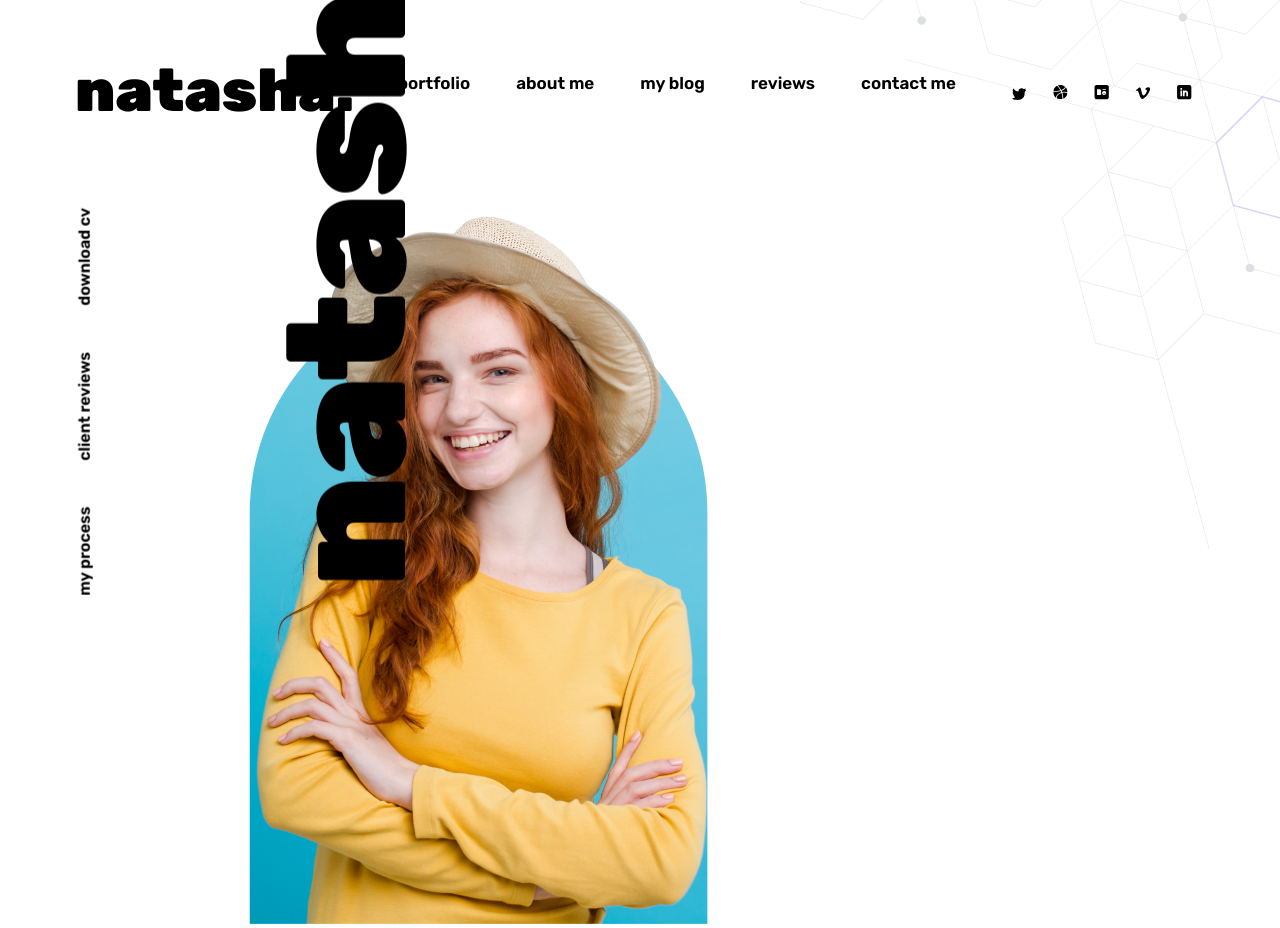
Repository: BuduCE/landing-page
Page: natasha-lp/index.html
The author's editor kept a copy of each file at every save. The page is drawn from the files as they stood at one save, then again after the next save.
The browser window is 1280 px wide. The pictures show the whole page.

Above is the page before, as saved 2022-03-04 22:05:11.

### natasha-lp/index.html
<!DOCTYPE html>
<html lang="en">

<head>
    <meta charset="UTF-8">
    <meta http-equiv="X-UA-Compatible" content="IE=edge">
    <meta name="viewport" content="width=device-width, initial-scale=1.0">
    <title>Natasha</title>

    <!--CSS-->
    <link rel="stylesheet" href="./assets/css/style.css">

    <!--Google Font-->
    <link rel="preconnect" href="https://fonts.googleapis.com">
    <link rel="preconnect" href="https://fonts.gstatic.com" crossorigin>
    <link href="https://fonts.googleapis.com/css2?family=Rubik:ital,wght@0,600;0,900;1,400&display=swap" rel="stylesheet">
</head>

<body>
    <!--Navbar menu-->
    <header>
        <div class="logo">
            <h1>natasha.</h1>
        </div>

        <nav class='nav_text'>
            <li><a href="#">portfolio</a></li>
            <li><a href="#">about me</a></li>
            <li><a href="#">my blog</a></li>
            <li><a href="#">reviews</a></li>
            <li><a href="#">contact me</a></li>
        </nav>

        <nav class='nav_icon'>
            <li><a href="">
                <svg width="15" height="12" viewBox="0 0 15 12" fill="none"
                        xmlns="http://www.w3.org/2000/svg">
                        <path
                            d="M5.32379 11.9894C4.70669 11.9894 4.07153 11.9394 3.43255 11.8393C2.30713 11.6627 1.16788 11.074 0.845509 10.8977L0 10.4354L0.915405 10.1344C1.91606 9.80538 2.52477 9.60125 3.27828 9.28159C2.52379 8.91621 1.9423 8.25895 1.66238 7.4093L1.44943 6.76281L1.62406 6.78948C1.45846 6.62258 1.32771 6.45317 1.22635 6.29911C0.865868 5.75159 0.675013 5.08256 0.715623 4.50923L0.755688 3.94494L1.09352 4.07581C0.951007 3.80667 0.848013 3.51925 0.787479 3.21799C0.639956 2.48331 0.763418 1.7028 1.13522 1.02027L1.4295 0.480042L1.82308 0.952771C3.06783 2.44804 4.64442 3.33503 6.51562 3.5947C6.43919 3.06786 6.49646 2.55942 6.68601 2.10367C6.90669 1.57302 7.29929 1.12305 7.82101 0.802307C8.40043 0.446182 9.1031 0.273618 9.79956 0.316405C10.5385 0.361805 11.2094 0.638671 11.7422 1.11761C12.0024 1.04999 12.1941 0.977812 12.4532 0.880261C12.6091 0.821578 12.7859 0.754948 13.0072 0.678736L13.8224 0.397842L13.2908 1.91619C13.3259 1.91325 13.362 1.91075 13.3998 1.90912L14.2703 1.8697L13.7558 2.57292C13.7263 2.6132 13.7188 2.62463 13.7083 2.64042C13.6668 2.70291 13.6152 2.78065 12.909 3.72371C12.7322 3.95986 12.6439 4.26742 12.6603 4.58991C12.7229 5.81539 12.5726 6.92416 12.2132 7.88529C11.8733 8.7946 11.3465 9.57479 10.6478 10.2042C9.78312 10.9829 8.68056 11.516 7.3706 11.7886C6.72803 11.9223 6.03799 11.9894 5.32379 11.9894Z"
                            fill="black" />
                    </svg>
                </a></li>
            <li><a href="">
                <svg width="15" height="15" viewBox="0 0 15 15" fill="none" xmlns="http://www.w3.org/2000/svg">
                <g clip-path="url(#clip0_1_411)">
                <path d="M11.2078 3.20502C11.6444 2.71846 11.8989 2.20904 11.9882 1.68612C10.7537 0.65237 9.16565 0 7.43325 0C6.53875 0 5.68572 0.173109 4.89661 0.475995C6.218 1.7999 7.32307 3.36746 8.18742 5.05957C9.46102 4.59904 10.5225 3.96898 11.2078 3.20502Z" fill="black"/>
                <path d="M11.83 3.76354C11.063 4.61842 9.92291 5.31369 8.56079 5.81897C8.73009 6.19023 8.88567 6.56921 9.0321 6.9531C9.73162 6.80264 10.4566 6.71706 11.196 6.71706C12.3599 6.71706 13.4907 6.91456 14.5334 7.27754C14.5344 7.22975 14.5406 7.18326 14.5406 7.13514C14.5406 5.29463 13.8314 3.6207 12.6795 2.35712C12.5095 2.84683 12.2274 3.32076 11.83 3.76354Z" fill="black"/>
                <path d="M0.433258 5.63324C1.32199 5.79034 2.30664 5.88092 3.25254 5.88092C4.71885 5.88092 6.12734 5.67276 7.38266 5.31522C6.51766 3.65326 5.40562 2.1237 4.07834 0.844543C2.27202 1.81602 0.878333 3.57389 0.433258 5.63324Z" fill="black"/>
                <path d="M14.4613 8.13842C13.4527 7.75878 12.3426 7.55322 11.196 7.55322C10.5532 7.55322 9.92193 7.62062 9.31311 7.74364C9.93119 9.59722 10.2888 11.6007 10.3499 13.6372C12.5243 12.6535 14.1138 10.5815 14.4613 8.13842Z" fill="black"/>
                <path d="M0.270294 7.13516C0.270294 9.33397 1.33018 11.3302 2.9034 12.6348C3.07009 11.5259 3.57003 10.435 4.3843 9.522C5.35284 8.43609 6.69688 7.62292 8.21893 7.15879C8.07729 6.79341 7.92258 6.43522 7.75927 6.08203C6.39922 6.48541 4.86737 6.71709 3.25256 6.71709C2.26464 6.71709 1.23655 6.6227 0.304589 6.45895C0.283468 6.68182 0.270294 6.90697 0.270294 7.13516V7.13516Z" fill="black"/>
                <path d="M5.00854 10.0784C4.18601 11.0008 3.74039 12.0826 3.68323 13.1893C4.77338 13.87 6.05602 14.2703 7.43327 14.2703C8.15738 14.2703 8.85603 14.1601 9.51482 13.9579C9.48281 11.8762 9.13333 9.82941 8.49794 7.94547C7.10708 8.36256 5.88367 9.09713 5.00854 10.0784Z" fill="black"/>
                </g>
                <defs>
                <clipPath id="clip0_1_411">
                <rect width="14.2703" height="14.2703" fill="white" transform="translate(0.270264)"/>
                </clipPath>
                </defs>
                </svg>
                </a></li>
            <li><a href="">
                <svg width="15" height="15" viewBox="0 0 15 15" fill="none" xmlns="http://www.w3.org/2000/svg">
                <path d="M12.6926 0H2.6309C1.47836 0 0.540527 0.937837 0.540527 2.09037V12.1799C0.540527 13.3324 1.47836 14.2703 2.6309 14.2703H12.6926C13.8451 14.2703 14.8108 13.3324 14.8108 12.1799V2.09037C14.8108 0.937837 13.8451 0 12.6926 0ZM8.51181 4.20861H11.8564V5.04476H8.51181V4.20861ZM7.25759 8.38936C7.25759 9.31163 6.50756 10.0617 5.58529 10.0617H3.07684V4.20861H5.58529C6.50756 4.20861 7.25759 4.95864 7.25759 5.88091C7.25759 6.38282 7.03091 6.82844 6.6798 7.13514C7.03091 7.44183 7.25759 7.88745 7.25759 8.38936ZM12.2745 8.38936H9.00131C9.17398 8.87602 9.63909 9.22551 10.1841 9.22551C10.6304 9.22551 11.0468 8.98501 11.2709 8.59796L11.9943 9.0169C11.6217 9.66111 10.9279 10.0617 10.1841 10.0617C9.03157 10.0617 8.09374 9.12382 8.09374 7.97128C8.09374 6.81875 9.03157 5.88091 10.1841 5.88091C11.3366 5.88091 12.2745 6.81875 12.2745 7.97128V8.38936Z" fill="black"/>
                </svg></a></li>
            <li><a href="">
                <svg width="16" height="13" viewBox="0 0 16 13" fill="none" xmlns="http://www.w3.org/2000/svg">
                    <path d="M0.810791 3.15084L1.0048 3.873L1.0195 3.86318C1.41515 3.6005 1.72805 3.39302 2.0796 3.39302C2.39371 3.39302 2.69431 3.5621 2.91815 3.89514C4.13612 5.70587 5.07809 12.0026 7.35725 12.0026C9.60669 12.0026 15.256 5.13731 15.0769 2.03947C14.9879 0.500584 13.8877 0.27063 13.2396 0.27063C11.9917 0.27063 10.7478 1.04274 10.12 2.51945C11.1915 2.34731 11.9507 2.94903 11.8691 4.05103C11.7748 5.30269 9.6792 8.53689 8.70402 8.53689C7.03695 8.53689 6.25698 2.90496 5.69922 1.19536C5.55953 0.76861 5.15561 0.503421 4.64434 0.503421C4.28136 0.503421 3.90563 0.642942 3.58587 0.896678C2.84912 1.48095 2.098 2.08201 1.36899 2.6881L0.810791 3.15084Z" fill="black"/>
                    </svg>
            </a></li>
            <li><a href="">
                <svg width="15" height="15" viewBox="0 0 15 15" fill="none" xmlns="http://www.w3.org/2000/svg">
                    <path d="M12.261 0H2.17143C1.01889 0 0.0810547 0.937837 0.0810547 2.09037V12.1799C0.0810547 13.3324 1.01889 14.2703 2.17143 14.2703H12.261C13.4135 14.2703 14.3513 13.3324 14.3513 12.1799V2.09037C14.3513 0.937837 13.4135 0 12.261 0ZM5.12582 11.3159H3.45352V5.46284H5.12582V11.3159ZM5.12582 4.62669H3.45352V2.95439H5.12582V4.62669ZM10.9789 11.3159H9.30656V7.97128C9.30656 7.51031 8.93138 7.13514 8.47041 7.13514C8.00944 7.13514 7.63426 7.51031 7.63426 7.97128V11.3159H5.96197V5.46284H7.63426V5.77803C8.07237 5.64183 8.35697 5.46284 8.88849 5.46284C10.0226 5.46404 10.9789 6.48146 10.9789 7.68386V11.3159Z" fill="black"/>
                    </svg>
            </a></li>
        </nav>
    </header>

    <nav class="side_nav">
        <li><a href="">my process</a></li>
        <li><a href="">client reviews</a></li>
        <li><a href="">download cv</a></li>
    </nav>

    <main class="container">
        <section>
            <div class="natasha_img">
                <h1>natasha</h1>
                <img src="/natasha-lp/assets/images/natasha.png" alt="">
            </div>
            <div></div>
        </section>
    </main>
</body>

</html>

### natasha-lp/assets/css/style.css
/*Reset*/
* {
    margin: 0;
    padding: 0;
    box-sizing: border-box;
}

body {
    font-family: 'Rubik', sans-serif;
    background: url(/natasha-lp/assets/images/bg.png);
    background-repeat: no-repeat;
    background-position: top right;
    position: relative;
}

a {
    text-decoration: none;
}

li {
    list-style: none;
}

header {
    display: flex;
    justify-content: space-between;
    padding: 4.5rem 4.688rem;
    padding-bottom: 5.875px;
}

.logo {
    font-weight: 900;
    font-size: 1.875rem;
    line-height: 2.375rem;
}

.nav_text,.nav_icon {
    display: flex;
}

.nav_text li {
    padding: 0 1.438rem;
    padding-bottom: 0.438rem;
}

.nav_text li:hover {
    border-bottom: 0.125rem solid #000000;
}

.nav_text li a {
    color: black;
    font-weight: 400;
    font-size: 1.063rem;
    line-height: 1.375rem;
}

.nav_icon li {
    padding: 0.813rem;
}

.container {
    margin-top: 5.875rem;
}

.side_nav {
    position: fixed;
    bottom: 6.313rem;
    left: 0;
    display: flex;
    writing-mode: vertical-rl;
    transform: rotate(180deg);
}

.side_nav li {
    padding: 1.438rem 4.65rem;
}

.side_nav li a {
    color: #000000;
}

.container section {
    margin-left: 15.563rem;
}

.natasha_img {
    position: relative;
}
.natasha_img h1 {
    left: 15.138rem;
    bottom: 8.25rem;
    position: fixed;
    writing-mode: vertical-rl;
    transform: rotate(180deg);
    font-weight: 900;
    font-size: 10.452rem;
    line-height: 13.25rem;
    letter-spacing: -0.3rem;
}

After the next save:
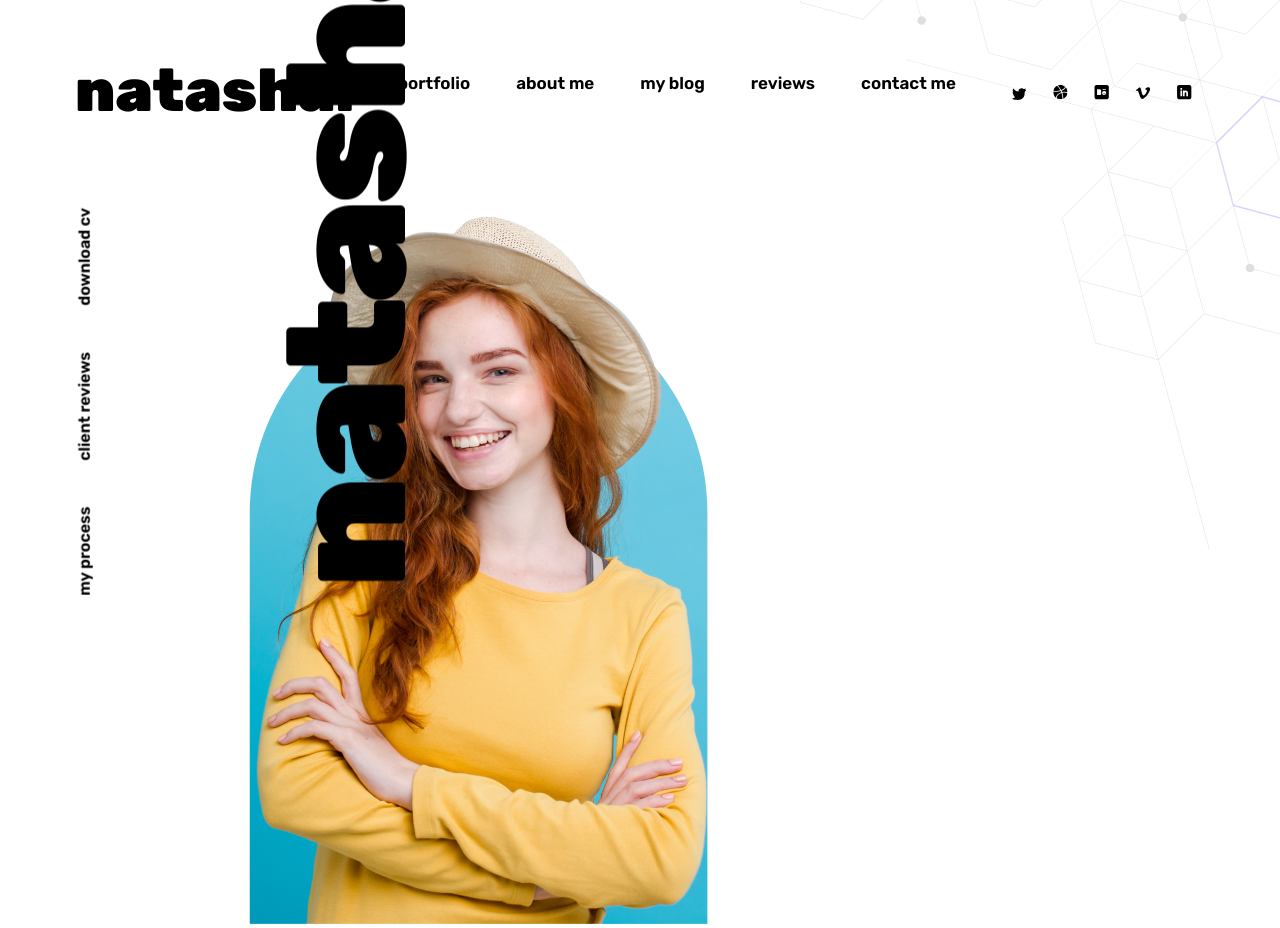
Saved 12 s later.
--- a/natasha-lp/assets/css/style.css
+++ b/natasha-lp/assets/css/style.css
@@ -95,5 +95,5 @@ header {
     font-weight: 900;
     font-size: 10.452rem;
     line-height: 13.25rem;
-    letter-spacing: -0.3rem;
+    letter-spacing: -0.4rem;
 }
